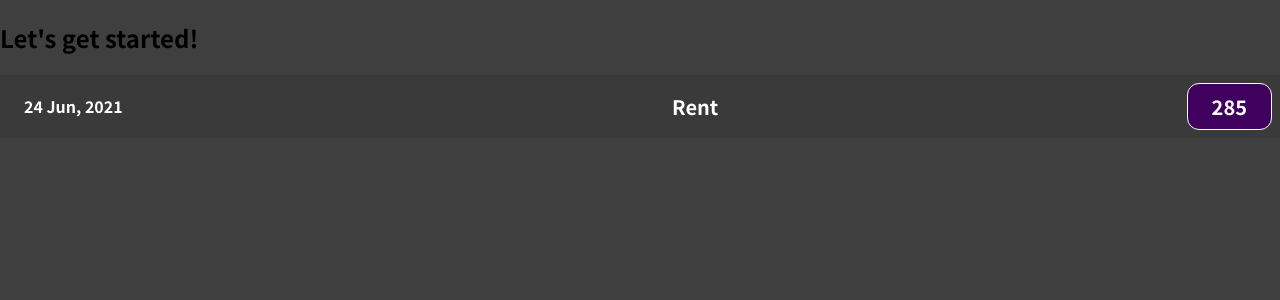
Repository: pial0007l/React
Page: / (app in 01-starting-setup/)
An editor plug-in stored every save of this project. The page is shown before and after a run of saves, followed by the edit.
The browser window is 1280 px wide. The pictures show the whole page.
The project was rebuilt for these pictures with package versions that can differ from the ones it lists, and the page was loaded fresh each time.

Above is the page before, as saved 2021-06-24 10:27:29.

After the next 3 saves:
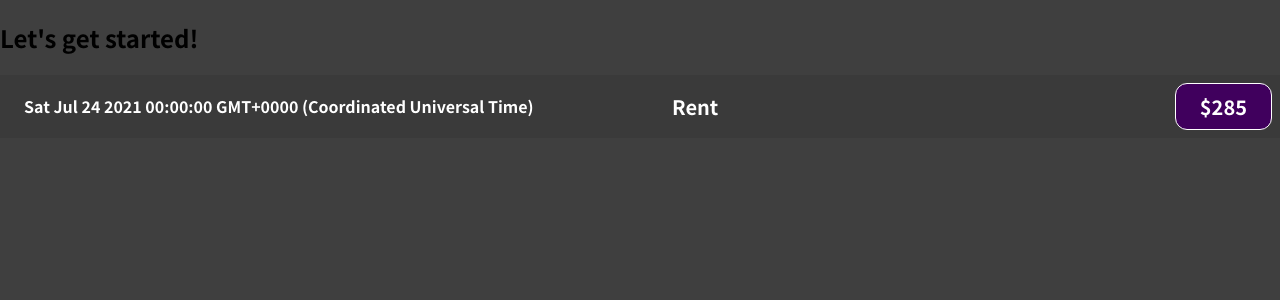
The 3 saves are shown as one change because 2 did not build or start.
The last was saved 16 min 9 s later.
--- a/01-starting-setup/src/components/ExpenseItem.js
+++ b/01-starting-setup/src/components/ExpenseItem.js
@@ -1,12 +1,15 @@
 import './ExpenseItem.css'
 
 function ExpenseItem(){
+    const expenseDate = new Date(2021, 6, 24);
+    const expenseTitle = "Rent";
+    const expenseAmmount = 285;
     return (
         <div className="expense-item">
-             <h2>24 Jun, 2021</h2>
+             <h2>{expenseDate.toString()}</h2>
              <div className='expense-item__description'>
-                 <h2>Rent</h2>
-                 <div className='expense-item__price'>285</div>
+                 <h2>{expenseTitle}</h2>
+                 <div className='expense-item__price'>${expenseAmmount}</div>
              </div>
         </div>
 
